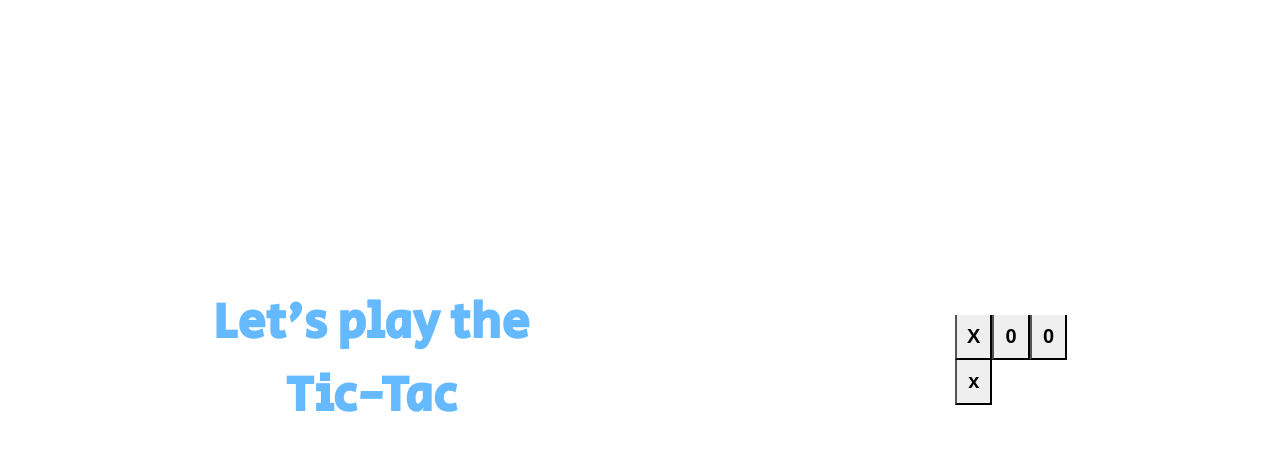
Repository: evergreenx/tic-tac
Page: /
An editor plug-in stored every save of this project. The page is shown before and after the next save, followed by the edit.
The browser window is 1280 px wide. The pictures show the whole page.
The project was rebuilt for these pictures with package versions that can differ from the ones it lists, and the page was loaded fresh each time.

Above is the page before, as saved 2022-04-20 16:51:44.

After the next save:
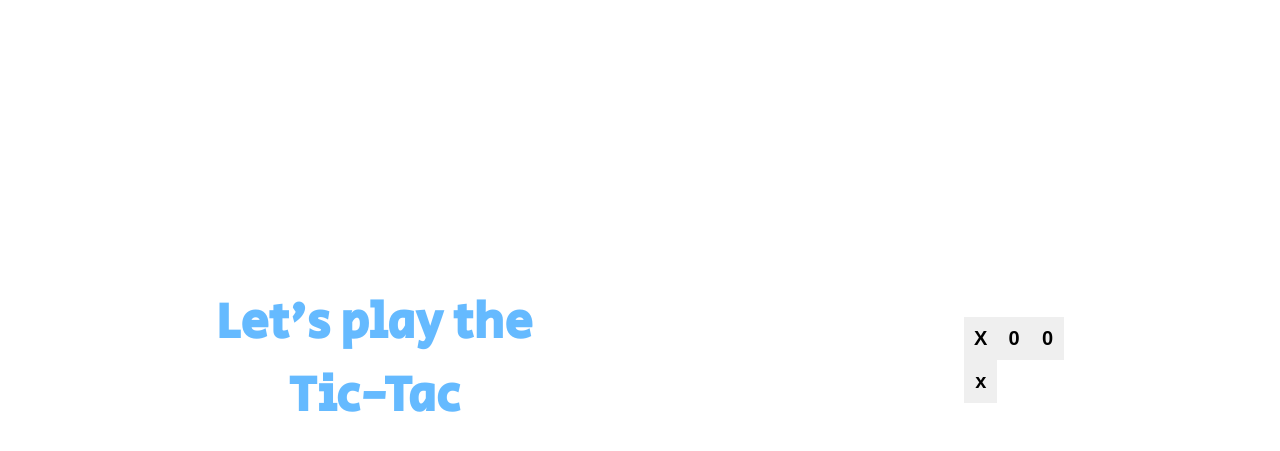
Saved 10 s later.
--- a/src/components/Board/Board.scss
+++ b/src/components/Board/Board.scss
@@ -10,7 +10,7 @@
     button {
         font-size:20px ; font-weight: 800;
         padding:10px;
-        border-top:none
+        border:none
 
     }
 }
